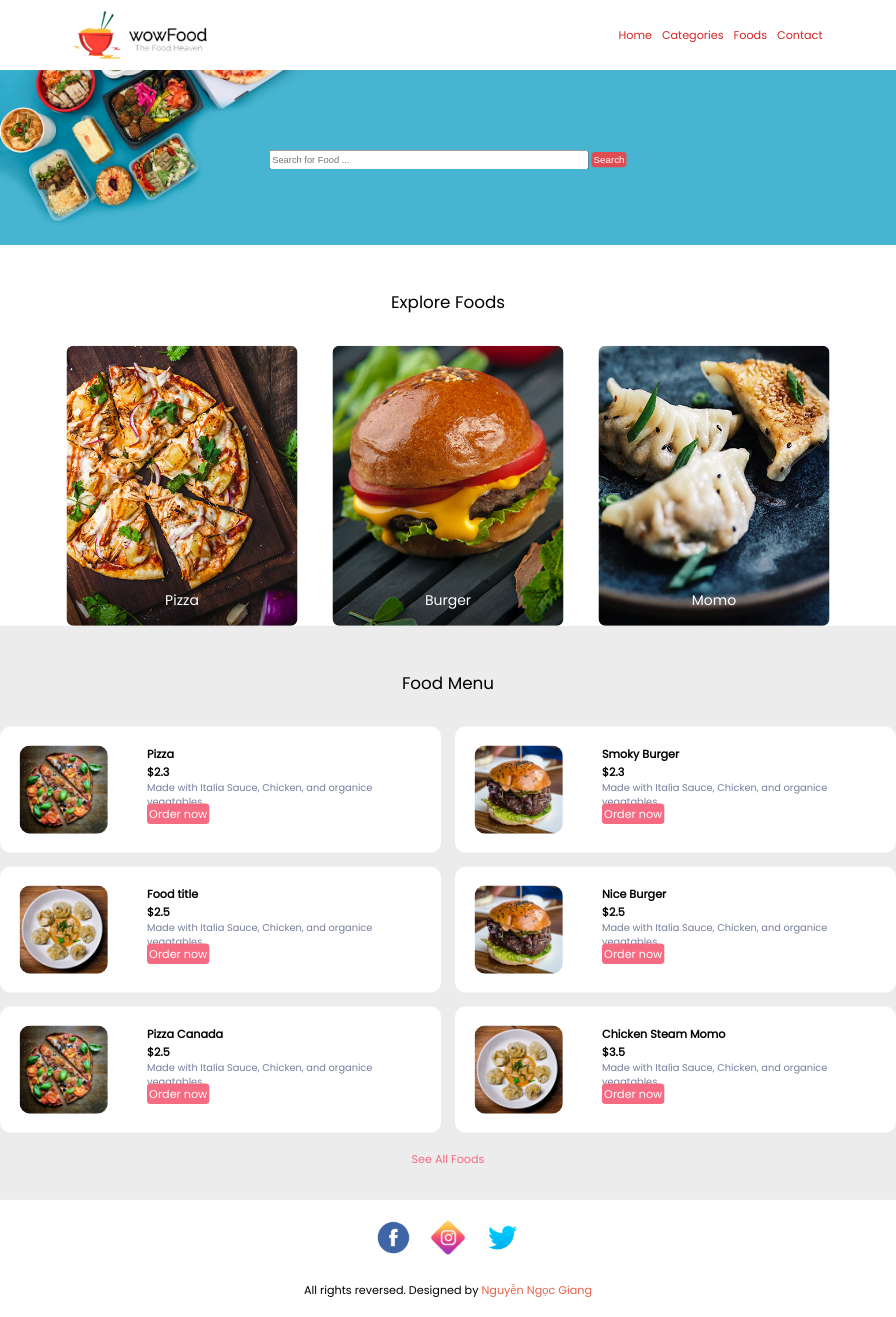
Repository: ruaruababa/WowFood
Page: index.html
The author's editor kept a copy of each file at every save. The page is drawn from the files as they stood at one save, then again after a run of saves.
The browser window is 1280 px wide. The pictures show the whole page, at 70% of full size.

Above is the page before, as saved 2021-09-18 11:21:35.

After the next 2 saves:
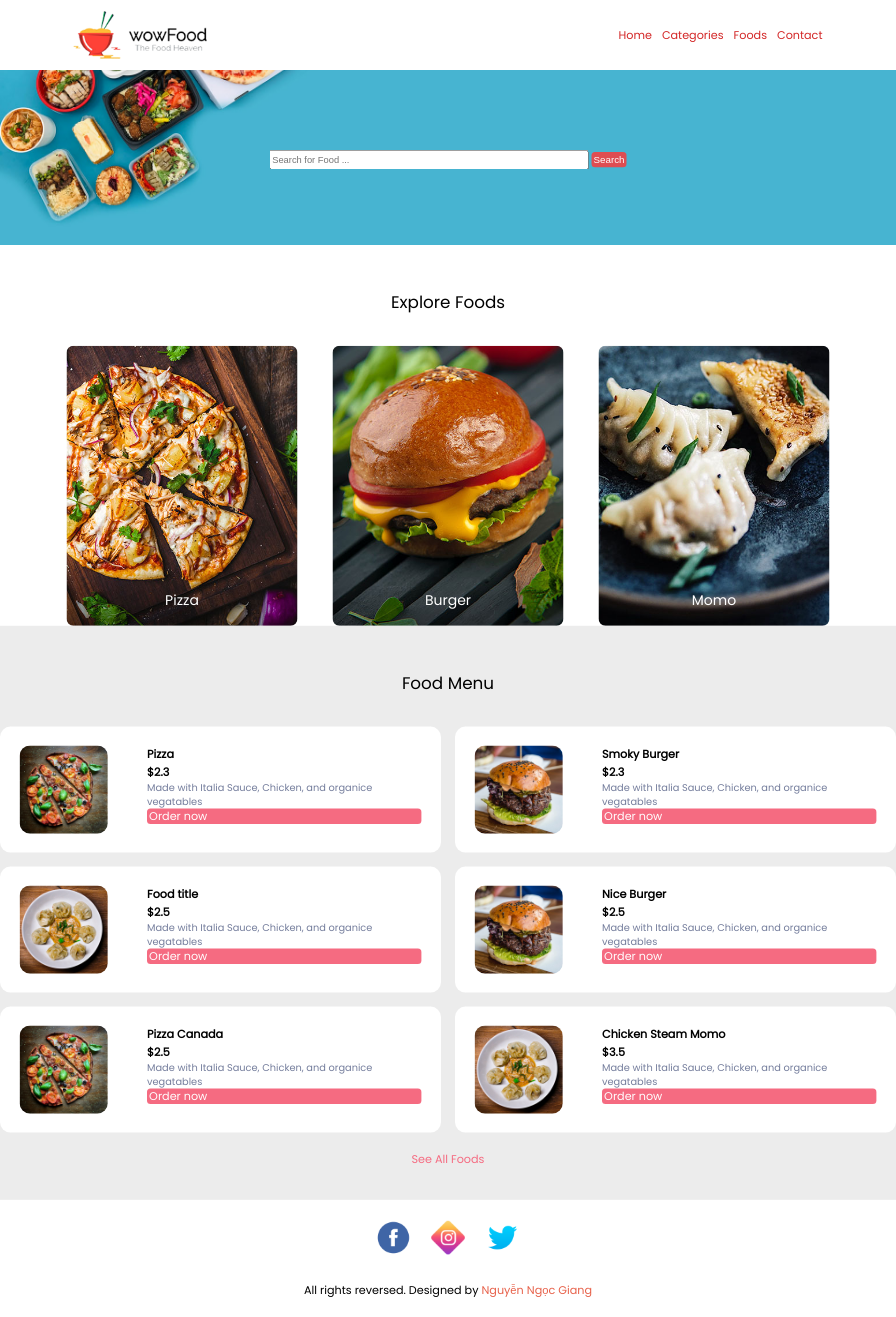
The 2 saves are shown as one change because they came seconds apart.
The last was saved 5 s later.
--- a/style.css
+++ b/style.css
@@ -223,6 +223,7 @@ article {
     color: white;
     border-radius: 5px;
     padding: 3px;
+    display: block;
 
 }
 
